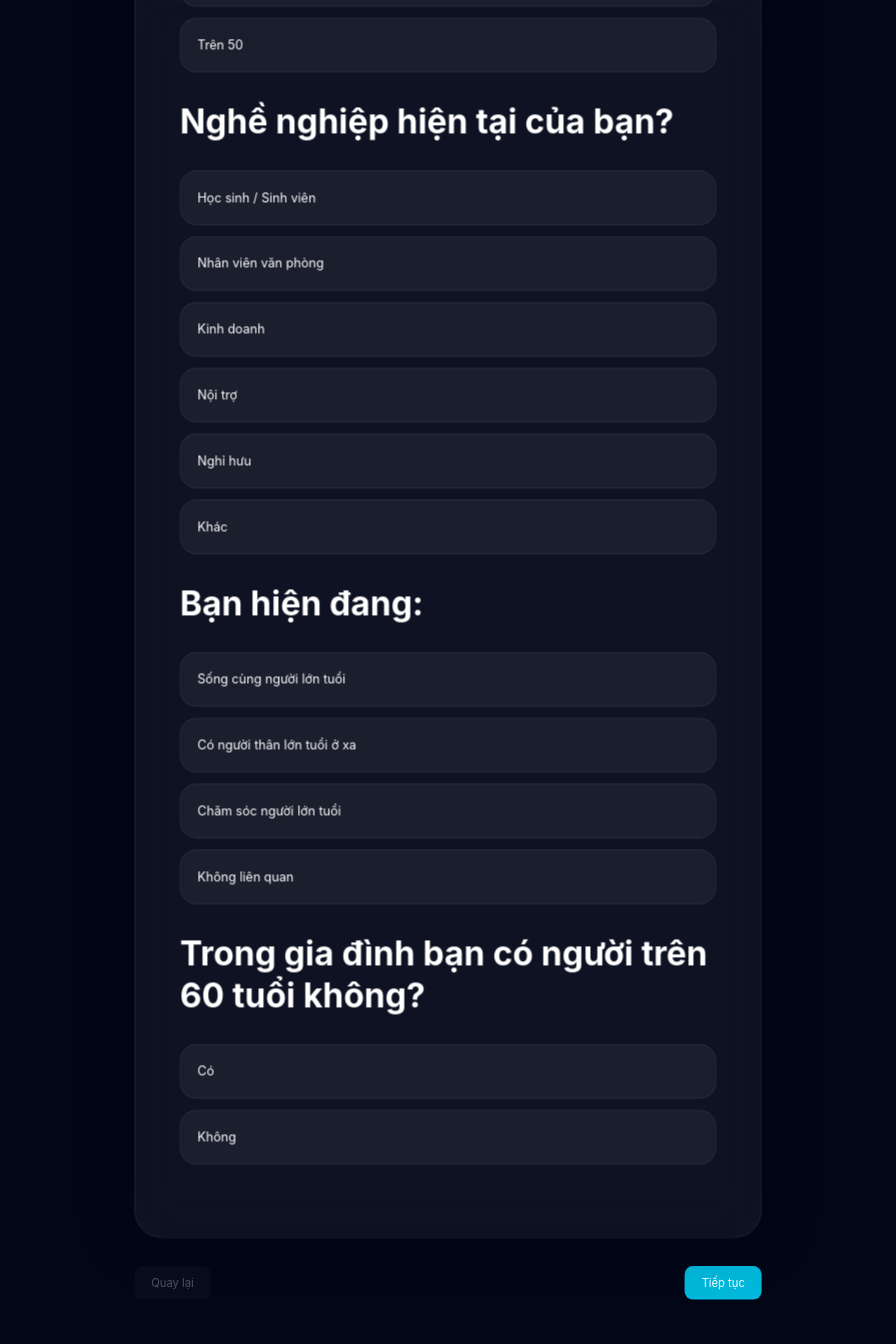
Repository: LuongPTCE181311/smart-pillow-survey
Page: /survey (app in frontend/)
The author's editor kept a copy of each file at every save. The page is drawn from the files as they stood at one save, then again after the next save.
The browser window is 1280 px wide. The pictures show the part of the page from y = 1202 to 3122 px (the page is 3122 px tall), at 70% of full size.
The project was rebuilt for these pictures with package versions that can differ from the ones it lists, and the page was loaded fresh each time. Also part of the build but not shown: frontend/vite.config.js, frontend/src/components/Navbar.jsx, frontend/src/components/AnimatedBackground.jsx, frontend/src/components/ProductShowcase.jsx, frontend/src/components/HeroSection.jsx, frontend/src/components/VideoSection.jsx, frontend/src/components/ProblemSection.jsx, frontend/src/components/SolutionSection.jsx and 2 more. Imported but missing from the stored project, and not drawn on this page: frontend/src/assets/video.mp4.

Above is the page before, as saved 2026-06-03 19:42:27.

### frontend/src/main.jsx
import ReactDOM from "react-dom/client";
import { BrowserRouter } from "react-router-dom";

import App from "./App";
import "./index.css";

ReactDOM.createRoot(document.getElementById("root")).render(
  <BrowserRouter>
    <App />
  </BrowserRouter>,
);

### frontend/src/App.jsx
import AppRoutes from "./routes/AppRoutes";

function App() {
  return <AppRoutes />;
}

export default App;

### frontend/src/index.css
@import "tailwindcss";

html,
body,
#root {
  width: 100%;
  min-height: 100%;
  margin: 0;
  padding: 0;
}

body {
  font-family: Inter, sans-serif;
  background: #0f172a;
}

### frontend/src/routes/AppRoutes.jsx
import { Routes, Route } from "react-router-dom";

import LandingPage from "../pages/LandingPage";
import SurveyPage from "../pages/SurveyPage";

export default function AppRoutes() {
  return (
    <Routes>
      <Route path="/" element={<LandingPage />} />

      <Route path="/survey" element={<SurveyPage />} />
    </Routes>
  );
}

### frontend/src/pages/SurveyPage.jsx
import { useState } from "react";
import { motion } from "framer-motion";

import ProgressBar from "../components/ProgressBar";
import QuestionCard from "../components/QuestionCard";

import surveyQuestions from "../data/surveyQuestions";
import surveySteps from "../data/surveySteps";

export default function SurveyPage() {
  const [step, setStep] = useState(1);
  const [answers, setAnswers] = useState({});

  const totalSteps = surveySteps.length;

  const current = surveySteps[step - 1];

  const handleAnswer = (id, value) => {
    setAnswers((prev) => ({
      ...prev,
      [id]: value,
    }));
  };

  const sectionKeys = ["A", "B", "C", "D", "E"];

  const currentQuestions = surveyQuestions[sectionKeys[step - 1]] || [];

  return (
    <div
      className="
        relative
        min-h-screen

        bg-[#020617]

        text-white

        px-6
        py-16

        overflow-hidden
      "
    >
      {/* Glow Cyan */}
      <div
        className="
          fixed
          top-20
          left-20

          w-[500px]
          h-[500px]

          bg-cyan-500/20

          blur-[180px]

          rounded-full
        "
      />

      {/* Glow Purple */}
      <div
        className="
          fixed
          bottom-20
          right-20

          w-[500px]
          h-[500px]

          bg-purple-500/20

          blur-[180px]

          rounded-full
        "
      />

      <div className="max-w-4xl mx-auto relative z-10">
        <ProgressBar currentStep={step} totalSteps={totalSteps} />

        <motion.div
          key={step}
          initial={{
            opacity: 0,
            y: 40,
          }}
          animate={{
            opacity: 1,
            y: 0,
          }}
          transition={{
            duration: 0.5,
          }}
          className="
            p-10
            md:p-16

            rounded-[40px]

            bg-white/5

            backdrop-blur-2xl

            border
            border-white/10

            shadow-[0_0_80px_rgba(0,0,0,0.3)]
          "
        >
          <h1 className="text-5xl font-bold">{current.title}</h1>

          <p className="mt-4 text-slate-400">{current.description}</p>

          <div className="mt-10">
            {currentQuestions.map((q) => (
              <QuestionCard
                key={q.id}
                question={q}
                value={answers[q.id]}
                onChange={handleAnswer}
              />
            ))}
          </div>
        </motion.div>

        <div className="flex justify-between mt-10">
          <button
            disabled={step === 1}
            onClick={() => setStep(step - 1)}
            className="
              px-6
              py-3

              rounded-xl

              bg-white/10

              hover:bg-white/20

              transition-all

              disabled:opacity-30
              disabled:hover:bg-white/10
            "
          >
            Quay lại
          </button>

          <button
            disabled={step === totalSteps}
            onClick={() => setStep(step + 1)}
            className="
              px-6
              py-3

              rounded-xl

              bg-cyan-500

              hover:bg-cyan-400

              transition-all

              disabled:opacity-30
            "
          >
            Tiếp tục
          </button>
        </div>
      </div>
    </div>
  );
}

### frontend/src/components/ProgressBar.jsx
export default function ProgressBar({ currentStep, totalSteps }) {
  const percent = (currentStep / totalSteps) * 100;

  return (
    <div className="mb-10">
      <div className="flex justify-between mb-3">
        <span>
          Bước {currentStep}/{totalSteps}
        </span>

        <span>{percent.toFixed(0)}%</span>
      </div>

      <div
        className="
        h-3
        bg-white/10
        rounded-full
        overflow-hidden
        animate-pulse
        "
      >
        <div
          style={{
            width: `${percent}%`,
          }}
          className="
          h-full

          bg-gradient-to-r
         from-cyan-400
        via-blue-500
        to-purple-500

          transition-all
          duration-500
          "
        />
      </div>
    </div>
  );
}

### frontend/src/components/QuestionCard.jsx
export default function QuestionCard({ question, value, onChange }) {
  return (
    <div className="mb-10">
      <h2
        className="
        text-4xl
        md:text-5xl

        font-bold

        leading-tight

        mb-10
        "
      >
        {question.question}
      </h2>
      {question.type === "radio" &&
        question.options.map((option) => {
          const selected = value === option;

          return (
            <div
              key={option}
              onClick={() => onChange(question.id, option)}
              className={`
          p-6
          rounded-3xl
          mb-4
          cursor-pointer

          transition-all
          duration-300

          border

          ${
            selected
              ? `
                border-cyan-400
                bg-cyan-500/10
                scale-[1.02]
                shadow-[0_0_40px_rgba(6,182,212,0.3)]
              `
              : `
                border-white/10
                bg-white/5
                hover:border-cyan-400/50
              `
          }
        `}
            >
              <span className="text-lg">{option}</span>
            </div>
          );
        })}
      {question.type === "checkbox" &&
        question.options.map((option) => (
          <label
            key={option}
            className="
        block
        p-5
        rounded-2xl
        bg-white/5
        border
        border-white/10
        mb-3
        cursor-pointer
        hover:border-cyan-400
        "
          >
            <input
              type="checkbox"
              checked={value?.includes(option) || false}
              onChange={(e) => {
                let updated = value || [];

                if (e.target.checked) {
                  updated = [...updated, option];
                } else {
                  updated = updated.filter((item) => item !== option);
                }

                onChange(question.id, updated);
              }}
              className="mr-3"
            />

            {option}
          </label>
        ))}
      {question.type === "textarea" && (
        <textarea
          value={value || ""}
          onChange={(e) => onChange(question.id, e.target.value)}
          rows={5}
          placeholder="Nhập ý kiến của bạn..."
          className="
      w-full

      p-5

      rounded-2xl

      bg-white/5

      border border-white/10

      outline-none

      focus:border-cyan-400
      "
        />
      )}
    </div>
  );
}

### frontend/src/data/surveyQuestions.js
const surveyQuestions = {
  A: [
    {
      id: "gender",
      type: "radio",
      question: "Giới tính của bạn?",
      options: ["Nam", "Nữ", "Khác"],
    },
    {
      id: "age",
      type: "radio",
      question: "Độ tuổi của bạn?",
      options: ["Dưới 18", "18–25", "26–35", "36–50", "Trên 50"],
    },
    {
      id: "job",
      type: "radio",
      question: "Nghề nghiệp hiện tại của bạn?",
      options: [
        "Học sinh / Sinh viên",
        "Nhân viên văn phòng",
        "Kinh doanh",
        "Nội trợ",
        "Nghỉ hưu",
        "Khác",
      ],
    },
    {
      id: "living",
      type: "radio",
      question: "Bạn hiện đang:",
      options: [
        "Sống cùng người lớn tuổi",
        "Có người thân lớn tuổi ở xa",
        "Chăm sóc người lớn tuổi",
        "Không liên quan",
      ],
    },
    {
      id: "elderly",
      type: "radio",
      question: "Trong gia đình bạn có người trên 60 tuổi không?",
      options: ["Có", "Không"],
    },
  ],

  B: [
    {
      id: "sleep_problem",
      type: "radio",
      question:
        "Người lớn tuổi trong gia đình bạn có gặp vấn đề về giấc ngủ không?",
      options: ["Thường xuyên", "Thỉnh thoảng", "Hiếm khi", "Không"],
    },
    {
      id: "sleep_issue",
      type: "checkbox",
      question: "Các vấn đề thường gặp là gì?",
      options: [
        "Khó ngủ",
        "Mất ngủ",
        "Thức giấc giữa đêm",
        "Ngáy lớn",
        "Khó thở khi ngủ",
        "Khác",
      ],
    },
    {
      id: "worry",
      type: "radio",
      question:
        "Bạn có từng lo lắng về sức khỏe người lớn tuổi vào ban đêm không?",
      options: ["Rất lo lắng", "Có lo lắng", "Bình thường", "Không"],
    },
    {
      id: "sleep_apnea",
      type: "radio",
      question: "Bạn có từng nghe về hội chứng ngưng thở khi ngủ chưa?",
      options: ["Có", "Chưa"],
    },
    {
      id: "danger",
      type: "radio",
      question: "Theo bạn, ngưng thở khi ngủ có nguy hiểm không?",
      options: ["Rất nguy hiểm", "Có nguy hiểm", "Bình thường", "Không biết"],
    },
    {
      id: "monitor_method",
      type: "radio",
      question:
        "Gia đình bạn hiện đang theo dõi sức khỏe người lớn tuổi bằng cách nào?",
      options: [
        "Theo dõi trực tiếp",
        "Smartwatch",
        "Camera",
        "Thiết bị y tế",
        "Chưa có giải pháp",
      ],
    },
    {
      id: "difficulty",
      type: "radio",
      question:
        "Theo bạn, khó khăn lớn nhất khi chăm sóc người lớn tuổi là gì?",
      options: [
        "Không thể theo dõi 24/7",
        "Thiếu kiến thức y tế",
        "Người lớn tuổi khó dùng công nghệ",
        "Chi phí cao",
        "Khác",
      ],
    },
    {
      id: "emergency",
      type: "radio",
      question:
        "Bạn có từng gặp trường hợp khẩn cấp về sức khỏe vào ban đêm chưa?",
      options: ["Có", "Chưa"],
    },
    {
      id: "importance",
      type: "radio",
      question:
        "Theo bạn, việc phát hiện sớm dấu hiệu bất thường khi ngủ có quan trọng không?",
      options: [
        "Rất quan trọng",
        "Quan trọng",
        "Bình thường",
        "Không quan trọng",
      ],
    },
    {
      id: "night_check",
      type: "radio",
      question:
        "Bạn có thường xuyên kiểm tra tình trạng sức khỏe người thân vào ban đêm không?",
      options: ["Có", "Thỉnh thoảng", "Hiếm khi", "Không"],
    },
  ],

  C: [
    {
      id: "idea",
      type: "radio",
      question:
        "Bạn thấy ý tưởng 'gối thông minh theo dõi sức khỏe' như thế nào?",
      options: ["Rất sáng tạo", "Hữu ích", "Bình thường", "Không cần thiết"],
    },
    {
      id: "favorite_feature",
      type: "radio",
      question: "Bạn thích điểm nào nhất của sản phẩm?",
      options: [
        "Không cần đeo thiết bị",
        "Theo dõi nhịp tim",
        "Phát hiện ngưng thở",
        "Gửi cảnh báo",
        "Theo dõi giấc ngủ",
      ],
    },
    {
      id: "better_than_watch",
      type: "radio",
      question:
        "Theo bạn, việc không cần đeo thiết bị có tiện lợi hơn smartwatch không?",
      options: ["Có", "Không", "Không chắc"],
    },
    {
      id: "easy_to_use",
      type: "radio",
      question: "Bạn có nghĩ người lớn tuổi sẽ dễ sử dụng sản phẩm này không?",
      options: ["Rất dễ", "Dễ", "Khó", "Rất khó"],
    },
    {
      id: "most_important_feature",
      type: "radio",
      question: "Bạn thấy chức năng nào quan trọng nhất?",
      options: [
        "Theo dõi nhịp tim",
        "Phát hiện khó thở",
        "Cảnh báo khẩn cấp",
        "Theo dõi giấc ngủ",
        "Báo thức rung",
      ],
    },
    {
      id: "phone_alert",
      type: "radio",
      question:
        "Bạn có muốn nhận cảnh báo qua điện thoại khi có bất thường không?",
      options: ["Có", "Không"],
    },
    {
      id: "alert_channel",
      type: "radio",
      question: "Theo bạn, cảnh báo nên gửi qua đâu?",
      options: ["Telegram", "Ứng dụng điện thoại", "SMS", "Cuộc gọi tự động"],
    },
    {
      id: "sleep_report",
      type: "radio",
      question: "Bạn có muốn xem thống kê giấc ngủ hàng ngày không?",
      options: ["Có", "Không"],
    },
    {
      id: "stroke_ai",
      type: "radio",
      question:
        "Bạn có quan tâm đến tính năng AI dự đoán nguy cơ đột quỵ không?",
      options: ["Rất quan tâm", "Có quan tâm", "Bình thường", "Không quan tâm"],
    },
    {
      id: "smart_home",
      type: "radio",
      question: "Bạn có muốn sản phẩm kết nối với nhà thông minh không?",
      options: ["Có", "Không"],
    },
  ],

  D: [
    {
      id: "budget",
      type: "radio",
      question: "Bạn sẵn sàng chi bao nhiêu cho sản phẩm này?",
      options: ["Dưới 3 triệu", "3–4 triệu", "4–6 triệu", "Trên 6 triệu"],
    },
    {
      id: "reasonable_price",
      type: "radio",
      question: "Theo bạn, mức giá nào là hợp lý nhất?",
      options: ["3 triệu", "3–5 triệu", "5–6 triệu", "Trên 6 triệu"],
    },
    {
      id: "buy_future",
      type: "radio",
      question: "Bạn có sẵn sàng mua sản phẩm này trong tương lai không?",
      options: ["Có", "Có thể", "Không"],
    },
    {
      id: "best_market",
      type: "radio",
      question: "Bạn nghĩ sản phẩm này phù hợp nhất ở đâu?",
      options: [
        "Gia đình",
        "Bệnh viện",
        "Trung tâm dưỡng lão",
        "Chăm sóc tại nhà",
      ],
    },
    {
      id: "recommend",
      type: "radio",
      question: "Bạn có sẵn sàng giới thiệu sản phẩm cho người khác không?",
      options: ["Có", "Có thể", "Không"],
    },
  ],

  E: [
    {
      id: "improve",
      type: "textarea",
      question: "Theo bạn, sản phẩm cần cải thiện điều gì?",
    },
    {
      id: "additional_feature",
      type: "textarea",
      question: "Bạn mong muốn thêm tính năng nào khác?",
    },
    {
      id: "project_feedback",
      type: "textarea",
      question: "Bạn có góp ý gì cho dự án Respyn?",
    },
  ],
};

export default surveyQuestions;

### frontend/src/data/surveySteps.js
const surveySteps = [
  {
    title: "PHẦN A",
    description: "Thông tin người khảo sát",
  },
  {
    title: "PHẦN B",
    description: "Khảo sát thực trạng",
  },
  {
    title: "PHẦN C",
    description: "Đánh giá sản phẩm",
  },
  {
    title: "PHẦN D",
    description: "Khảo sát thị trường & giá",
  },
  {
    title: "PHẦN E",
    description: "Ý kiến cá nhân",
  },
];

export default surveySteps;

After the next save:
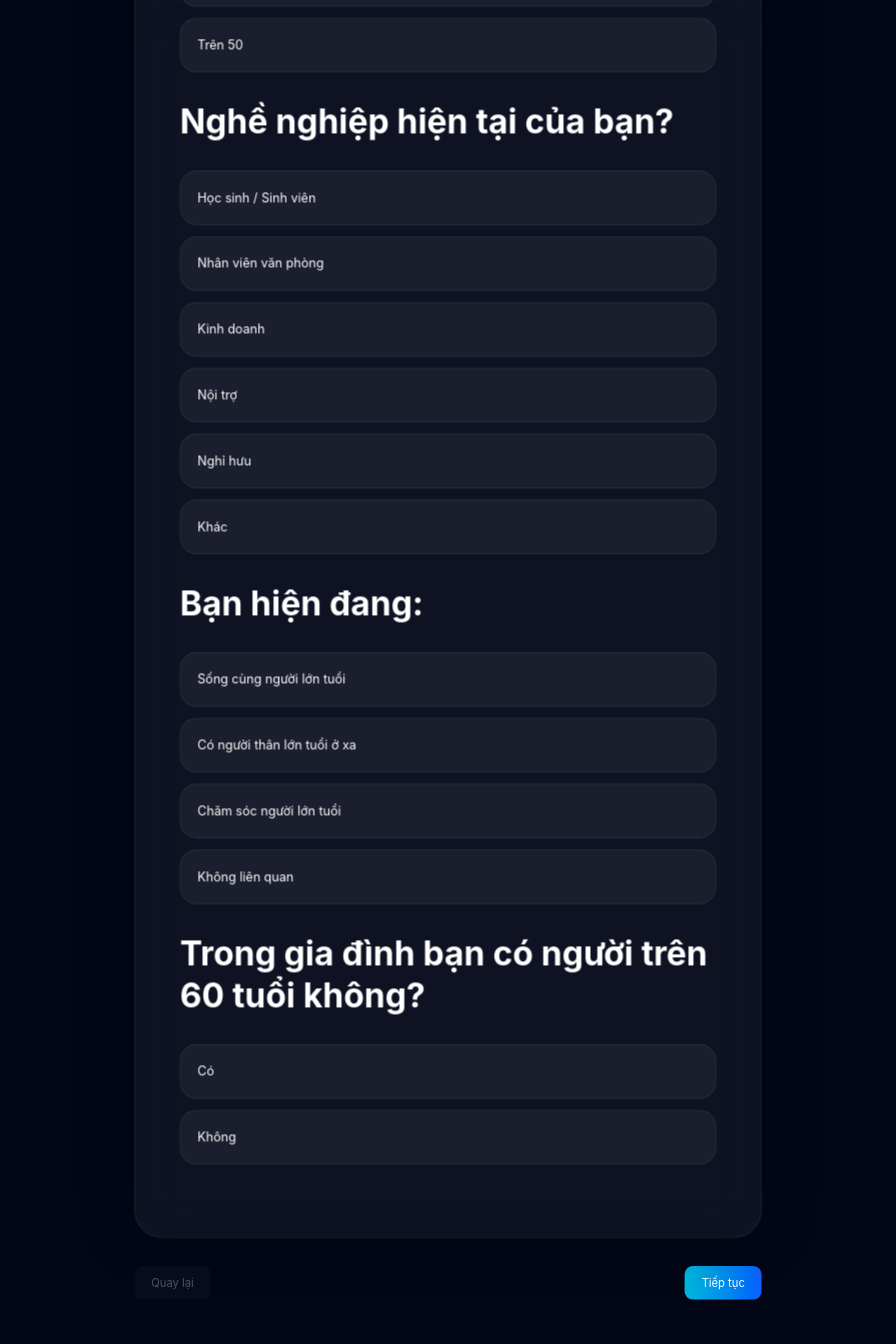
Saved 2 min 9 s later.
--- a/frontend/src/pages/SurveyPage.jsx
+++ b/frontend/src/pages/SurveyPage.jsx
@@ -158,7 +158,9 @@ export default function SurveyPage() {
 
               rounded-xl
 
-              bg-cyan-500
+             bg-gradient-to-r
+from-cyan-500
+to-blue-600
 
               hover:bg-cyan-400
 
